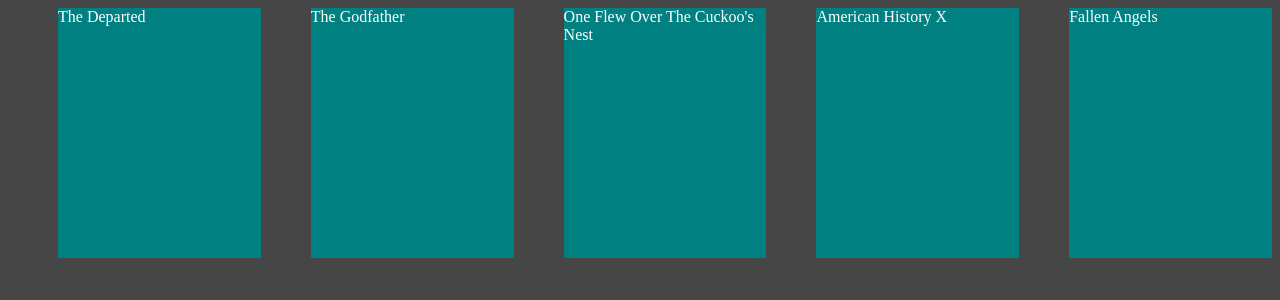
Repository: nishit47/merofilmrecs
Page: web_dev/tiles.html
The author's editor kept a copy of each file at every save. The page is drawn from the files as they stood at one save, then again after the next save.
The browser window is 1280 px wide. The pictures show the whole page.

Above is the page before, as saved 2021-10-06 15:06:02.

After the next save:
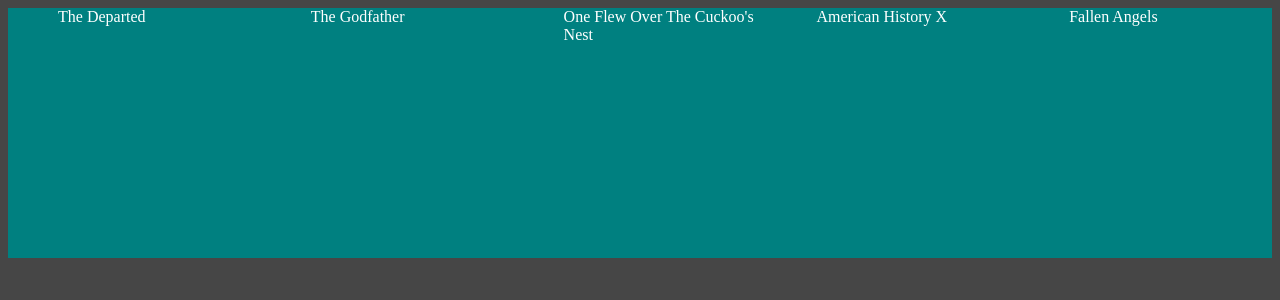
Saved 4 s later.
--- a/web_dev/tiles.html
+++ b/web_dev/tiles.html
@@ -11,7 +11,7 @@
     .movietiles{
         color: white;
         display: flex;
-        background-color: ;
+        background-color: teal;
     }
     .movieitem{
         width: 250px;
